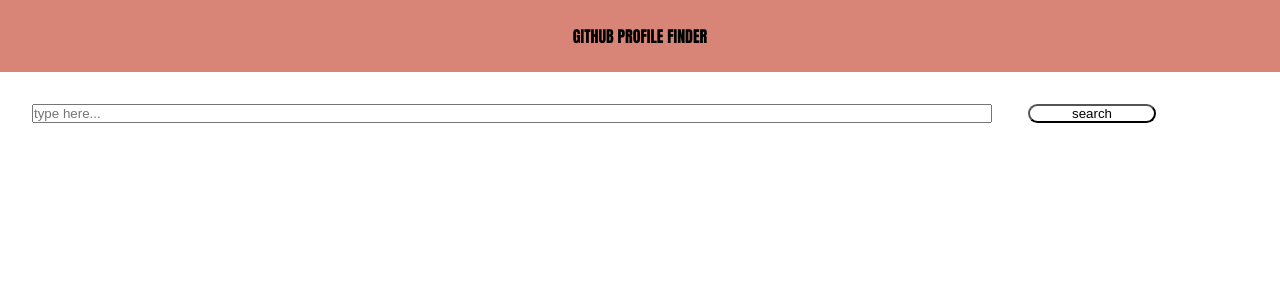
Repository: nilesjamex/githubprofilefinder
Page: index.html
An editor plug-in stored every save of this project. The page is shown before and after the next save, followed by the edit.
The browser window is 1280 px wide. The pictures show the whole page.
The pointer rests on the first visible `input[type=submit]`.

Above is the page before, as saved 2020-11-18 22:54:38.

### index.html
<!DOCTYPE html>
<html lang="en">
<head>
    <meta charset="UTF-8">
    <meta name="viewport" content="width=device-width, initial-scale=1.0">
    <meta http-equiv="X-UA-Compatible" content="IE=7">
    <meta name="description" content="github profile finder niles egbaidomeh">
    <link rel="stylesheet" href="./styles.css">
    <link rel="preconnect" href="https://fonts.gstatic.com">
    <link href="https://fonts.googleapis.com/css2?family=Anton&family=Roboto+Condensed:ital,wght@0,700;1,300&display=swap" rel="stylesheet">
    <title>Github Profile Finder</title>
</head>
<body>
  <nav>
      <div class="nav-text">
          GITHUB PROFILE FINDER
      </div>
  </nav>
  <section>
      <div>
          <form method="get">
              <input type="text" name="" placeholder="type here..." id="" size="70%">
              <input type="submit" value="search">
          </form>
      </div>
      <div class="api-container">

      </div>
  </section>
</body>
</html>

### styles.css
*{
    margin: 0;
    padding: 0;
    box-sizing: border-box;
}
nav{
    min-height: 10vh;
    background-color: #d88577;
    display: flex;
    justify-content: center;
    align-items: center;
}
.nav-text{
    font-family: 'Anton', sans-serif;
}
input[type=text]{
    width: 75%;
    margin: 2rem;
}
input[type=submit]{
    width: 10%;
    border-radius: 40px;
    background: transparent;
}

After the next save:
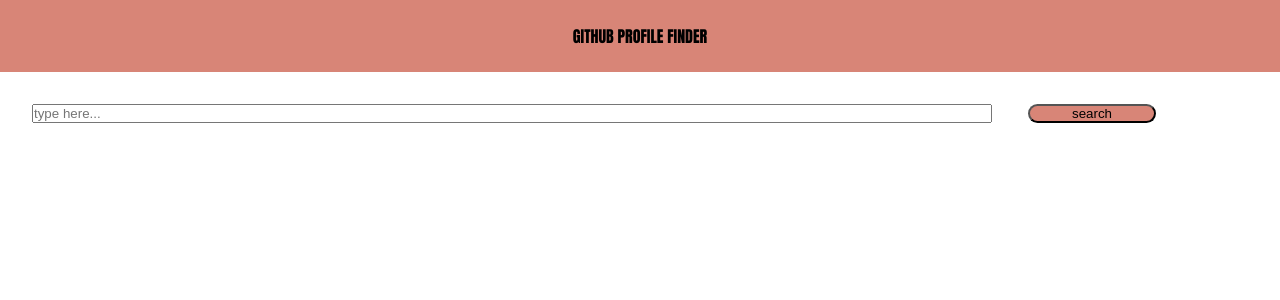
Saved 52 s later.
--- a/styles.css
+++ b/styles.css
@@ -22,3 +22,6 @@
     border-radius: 40px;
     background: transparent;
 }
+input[type=submit]:hover{
+    background-color: #d88577;
+}
